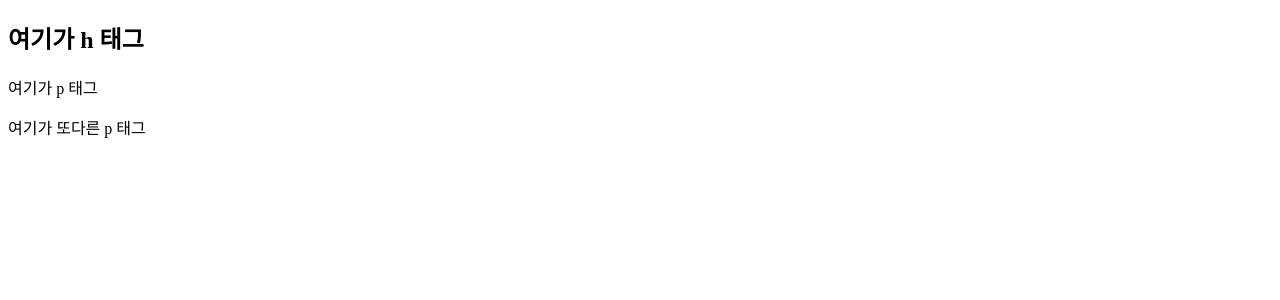
Repository: Dalso13/workspace
Page: workspace_web/chapter04_jQuery/WebContent/Ex02_jQuery_selector.html
These files come from the project's save history. The page is drawn as it stood at one moment and after the next save; the edit follows.
The browser window is 1280 px wide. The pictures show the whole page.

Above is the page before, as saved 2023-05-16 03:12:07.

After the next save:
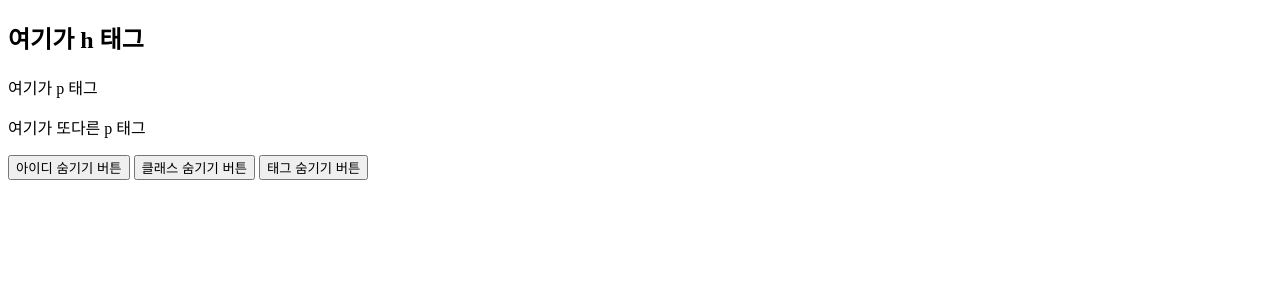
Saved 47 s later.
--- a/workspace_web/chapter04_jQuery/WebContent/Ex02_jQuery_selector.html
+++ b/workspace_web/chapter04_jQuery/WebContent/Ex02_jQuery_selector.html
@@ -16,5 +16,8 @@
 	<h2>여기가 h 태그</h2>
 	<p id="pa"> 여기가 p 태그 </p>
 	<p id="pb"> 여기가 또다른 p 태그 </p>
+	<button id="idBtn">아이디 숨기기 버튼</button>
+	<button id="classBtn">클래스 숨기기 버튼</button>
+	<button id="tagBtn">태그 숨기기 버튼</button>
 </body>
 </html>
